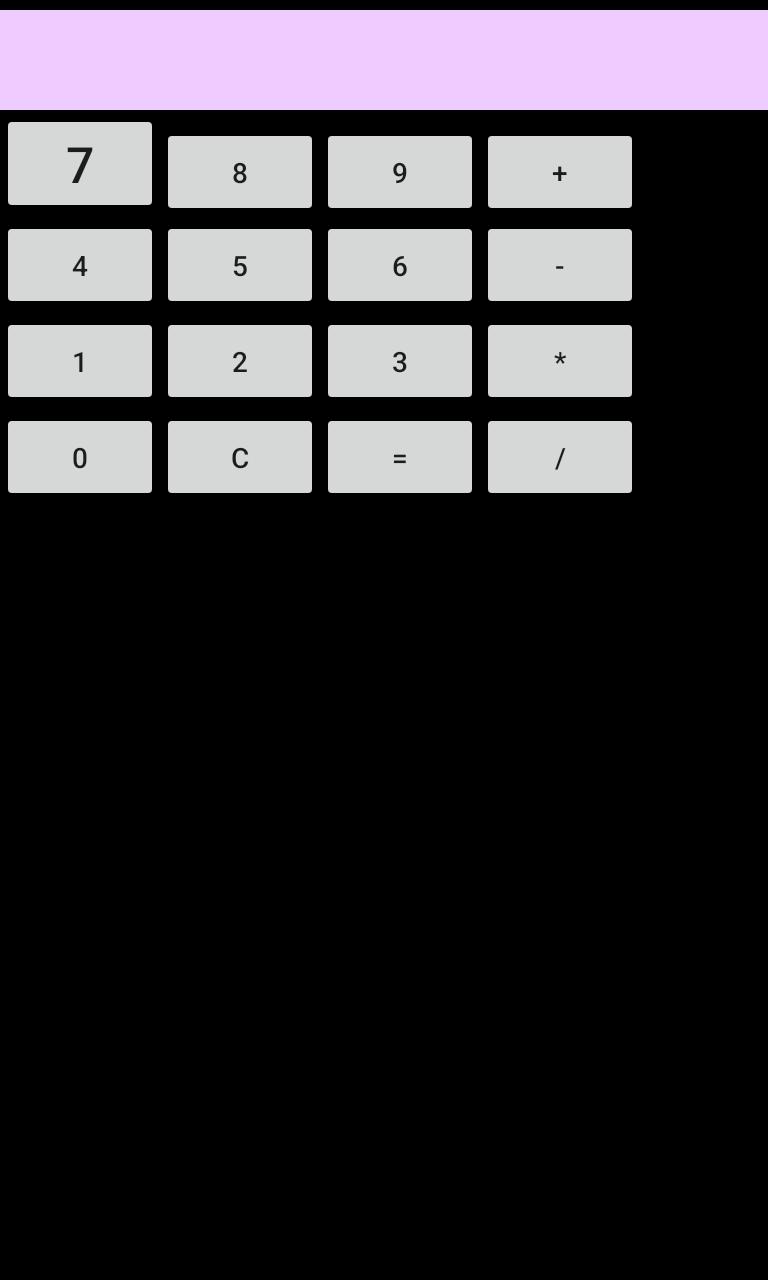
Repository: A207/guanjingjing
Layout: project/calculator_gjj/res/layout/activity_main.xml
These files come from the project's save history. The layout is drawn as it stood at one moment and after the next save; the edit follows.
It is drawn on a 768 x 1280 px phone screen (xhdpi) without system bars, with theme AppTheme; the app's code is not run.

Above is the layout before, as saved 2015-07-16 02:03:14.

After the next save:
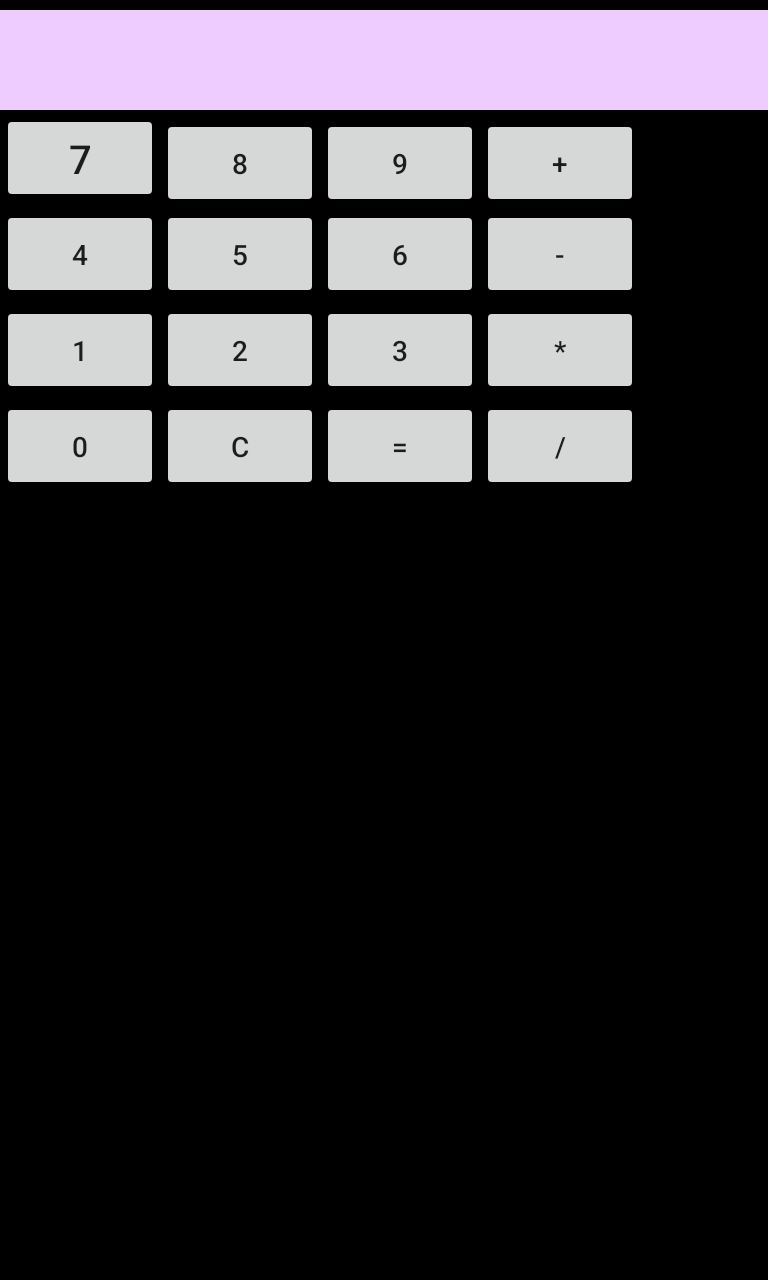
Saved 35 s later.
--- a/project/calculator_gjj/res/layout/activity_main.xml
+++ b/project/calculator_gjj/res/layout/activity_main.xml
@@ -23,14 +23,13 @@
     <LinearLayout
         android:layout_width="fill_parent"
         android:layout_height="wrap_content"
-        android:orientation="horizontal"
-        android:marginTop="25dip" >
+        android:orientation="horizontal" >
 
         <Button
             android:id="@+id/btn_calc_07"
             android:layout_width="80dip"
             android:layout_height="wrap_content"
-            android:textSize="25sp"
+            android:textSize="20sp"
             android:text="7"
              />
 
